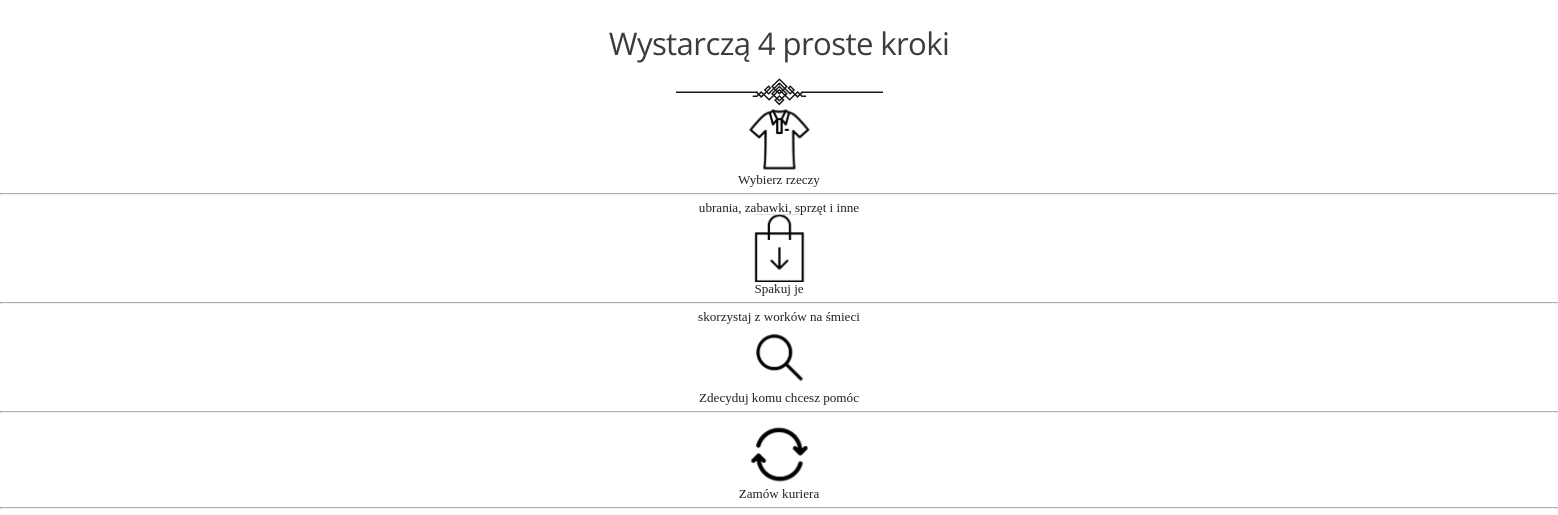
Repository: tomekwoojcik/oddam-w-dobre-rence
Page: /
The author's editor kept a copy of each file at every save. The page is drawn from the files as they stood at one save, then again after the next save.
The browser window is 1280 px wide. The page is 1900 px wide, so the pictures cover 1900 px, including what lies to the right of the window. The pictures show the part of the page from y = 1370 to 2014 px (the page is 1998 px tall before and 2014 px after), at 82% of full size.
The project was rebuilt for these pictures with package versions that can differ from the ones it lists, and the page was loaded fresh each time. Also part of the build but not shown: src/pages/logIn/logIn.js, src/pages/register/register.js.

Above is the page before, as saved 2022-12-07 20:31:49.

After the next save:
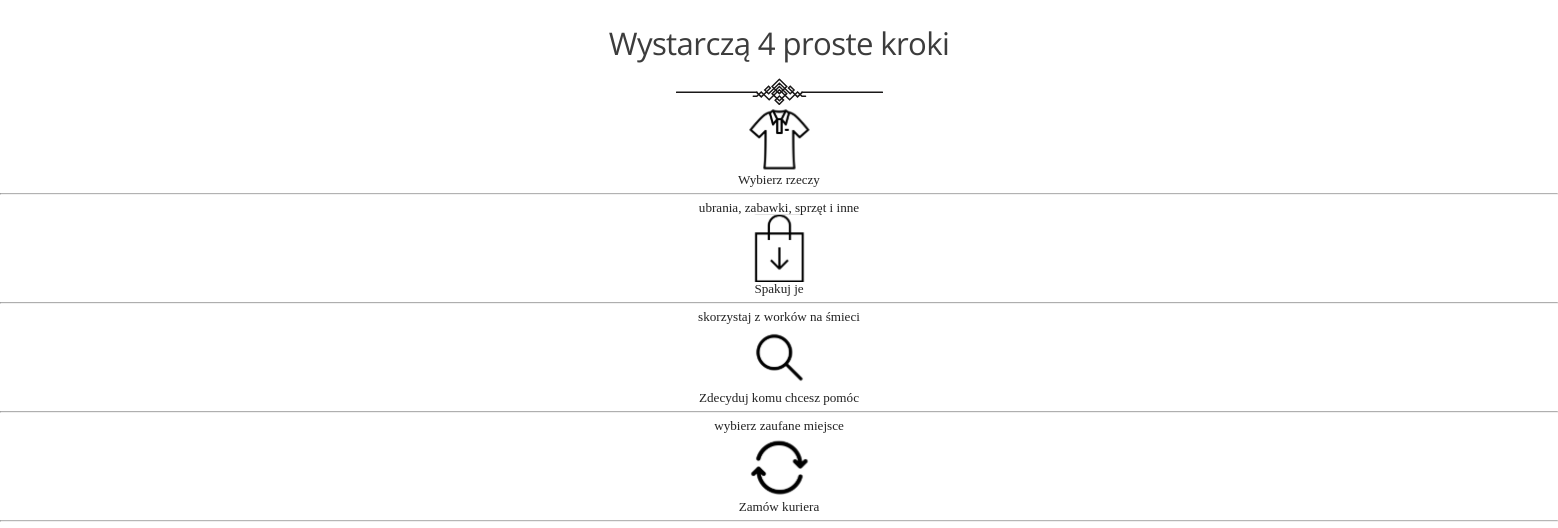
Saved 11 s later.
--- a/src/components/molecules/simpleStepsBar/simpleStepsBar.js
+++ b/src/components/molecules/simpleStepsBar/simpleStepsBar.js
@@ -10,7 +10,7 @@ const SimpleStepsBar = () => {
         <div className='simpleStepsBar'>
           <SimpleStepsColumn source={IconOne} simpleStepsColumnTitle={'Wybierz rzeczy'} simpleStepsColumnText={'ubrania, zabawki, sprzęt i inne'} />
           <SimpleStepsColumn source={IconSec} simpleStepsColumnTitle={'Spakuj je'} simpleStepsColumnText={'skorzystaj z worków na śmieci'} />
-          <SimpleStepsColumn source={IconThr} simpleStepsColumnTitle={'Zdecyduj komu chcesz pomóc'} simpleStepsColumnText={''} />
+          <SimpleStepsColumn source={IconThr} simpleStepsColumnTitle={'Zdecyduj komu chcesz pomóc'} simpleStepsColumnText={'wybierz zaufane miejsce'} />
           <SimpleStepsColumn source={IconFou} simpleStepsColumnTitle={'Zamów kuriera'} simpleStepsColumnText={''} />
         </div>
   )
